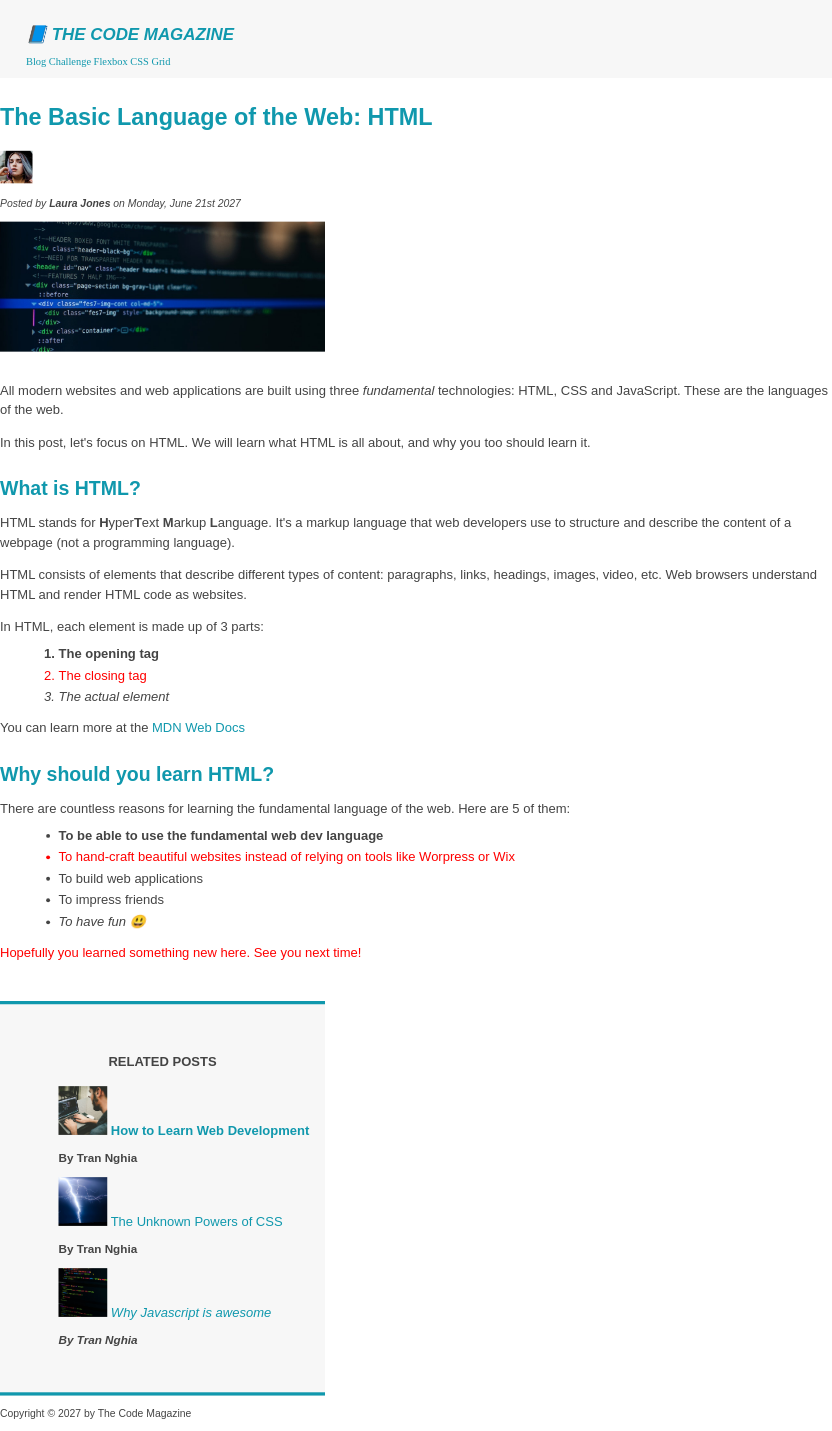
Repository: nghiakma/HTML-CSS-Fundamental
Page: HTML/index.html
The author's editor kept a copy of each file at every save. The page is drawn from the files as they stood at one save, then again after the next save.
The browser window is 1280 px wide. The pictures show the whole page, at 65% of full size.

Above is the page before, as saved 2023-08-20 21:21:52.

### HTML/index.html
<!DOCTYPE html>
<html lang="en">

<head>
  <meta charset="UTF-8">
  <meta name="viewport" content="width=device-width, initial-scale=1.0">
  <title>The Basic Language of the web: HTML</title>
  <link rel="stylesheet" href="/CSS/index.css">
</head>

<body>
  <header class="main-header">
    <h1>📘 The Code Magazine</h1>
    <nav>
      <a href="#">Blog</a>
      <a href="#">Challenge</a>
      <a href="#">Flexbox</a>
      <a href="#">CSS Grid</a>
    </nav>
  </header>

  <article>
    <header class="post-header">
      <h2>The Basic Language of the Web: HTML</h2>
      <img class="post-img" src="./laura-jones.jpg" alt="Headshot of Laura Jones" height="50" width="50">
      <p id="author">Posted by <strong>Laura Jones</strong> on Monday, June 21st 2027</p>
      <img src="./post-img.jpg" alt="HTML code on a screen" width="500" height="200">
    </header>
    <p>
      All modern websites and web applications are built using three <em>fundamental</em> technologies: HTML, CSS and
      JavaScript.
      These are the languages of the web.
    </p>
    <p>
      In this post, let's focus on HTML. We will learn what HTML is all about, and why you too should learn it.
    </p>
    <h3>What is HTML?</h3>
    <p>
      HTML stands for <strong>H</strong>yper<strong>T</strong>ext <strong>M</strong>arkup <strong>L</strong>anguage.
      It's
      a markup language that web developers use to structure and describe
      the content of a webpage (not a programming language).
    </p>
    <p>
      HTML consists of elements that describe different types of content: paragraphs, links, headings, images, video,
      etc.
      Web browsers understand HTML and render HTML code as websites.
    </p>
    <p>In HTML, each element is made up of 3 parts:</p>
    <ol>
      <li>The opening tag</li>
      <li>The closing tag</li>
      <li>The actual element</li>
    </ol>
    <p>You can learn more at the <a href="https://developer.mozilla.org/en-US/docs/Web/HTML" target="_blank">MDN Web
        Docs</a></p>
    <h3>Why should you learn HTML?</h3>
    <p>There are countless reasons for learning the fundamental language of the web. Here are 5 of them:</p>
    <ul>
      <li>To be able to use the fundamental web dev language</li>
      <li>To hand-craft beautiful websites instead of relying on tools like Worpress or Wix</li>
      <li>To build web applications</li>
      <li>To impress friends</li>
      <li>To have fun 😃</li>
    </ul>
    <p>Hopefully you learned something new here. See you next time!</p>
  </article>

  <!--Thuong duoc su dung de bo sung thong tin cho trang chinh
  Xác định nội dung nằm bên cạnh nội dung của trang-->
  <aside>
    <h4>Related posts</h4>

    <ul class="related">
      <li>
        <img src="./related-1.jpg" alt="Person programming" width="75" height="75">
        <a href="#">How to Learn Web Development</a>
        <p class="related-author">By Tran Nghia</p>
      </li>
      <li>
        <img src="./related-2.jpg" alt="Powers" width="75" height="75">
        <a href="#">The Unknown Powers of CSS</a>
        <p class="related-author">By Tran Nghia</p>
      </li>
      <li>
        <img src="./related-3.jpg" alt="Javascript" width="75" height="75">
        <a href="#">Why Javascript is awesome</a>
        <p class="related-author">By Tran Nghia</p>
      </li>
    </ul>
  </aside>

  <footer>
    <p id="copyright">Copyright &copy; 2027 by The Code Magazine</p>
  </footer>
</body>

</html>

### CSS/index.css
body {
  margin: 0;
  padding: 0;
}
h1,
h2,
h3,
h4,
p,
li {
  font-family: sans-serif;
  color: #444;
}
h1,
h2,
h3 {
  color: #1098ad;
}
h1 {
  font-size: 26px;
  text-transform: uppercase;
  font-style: italic;
}
h2 {
  font-size: 36px;
  margin-bottom: 30px;
}
h3 {
  font-size: 30px;
  margin-bottom: 20px;
  margin-top: 40px;
}
h4 {
  font-size: 20px;
  text-transform: uppercase;
  text-align: center;
}
p {
  font-size: 20px;
  line-height: 1.5;
  margin-bottom: 15px;
}
ul,
ol {
  margin-left: 50px;
}
li {
  font-size: 20px;
  margin-bottom: 10px;
}
li:last-child {
  margin-bottom: 0;
}
/* footer p {
  font-size: 16px;
} */
/* article header p {
  font-style: italic;
} */

#author {
  font-style: italic;
  font-size: 16px;
}
#copyright {
  font-size: 16px;
}
.related-author {
  font-size: 18px;
  font-weight: bold;
}
.related {
  list-style: none;
}
.main-header {
  background-color: #f7f7f7;
  /* padding: 20px;
  padding-left: 20px;
  padding-right: 40px; */
  padding: 20px 40px;
  margin-bottom: 40px;
  height: 80px;
}
article {
  margin-bottom: 60px;
}
.post-header {
  margin-bottom: 40px;
}
aside {
  background-color: #f7f7f7;
  border-top: 5px solid #1098ad;
  border-bottom: 5px solid #1098ad;
  padding: 50px 0;
  width: 500px;
}
li:first-child {
  font-weight: bold;
}
li:last-child {
  font-style: italic;
}
li:nth-child(2) {
  color: red;
}
article p:last-child {
  color: red;
}
a:link {
  color: #1098ad;
  text-decoration: none;
}
a:visited {
  color: #1098ad;
}
a:hover {
  color: orangered;
  font-weight: bold;
  text-decoration: underline orangered;
}
a:active {
  background-color: black;
  font-style: italic;
}

After the next save:
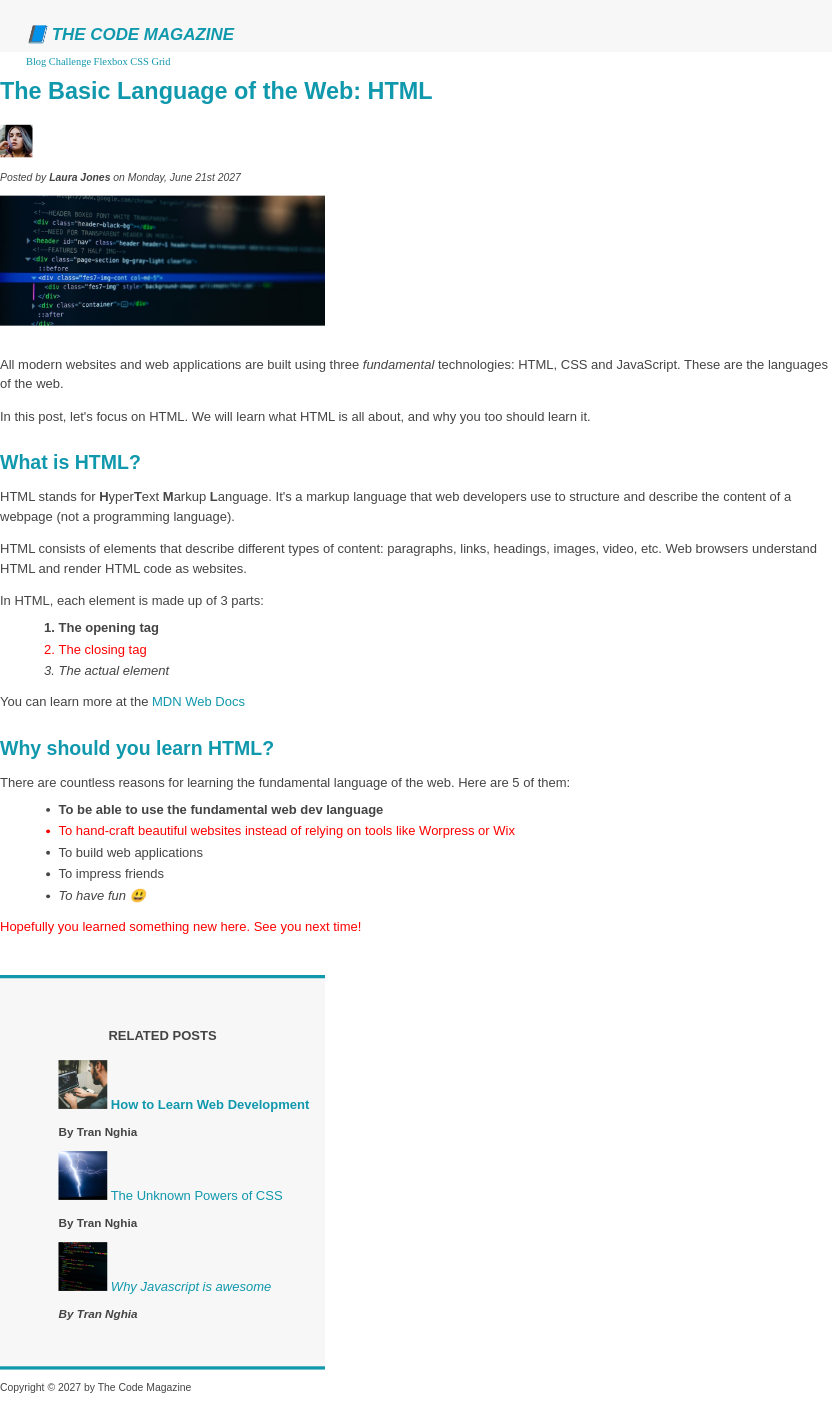
Saved 9 s later.
--- a/CSS/index.css
+++ b/CSS/index.css
@@ -1,3 +1,6 @@
+* {
+  box-sizing: border-box;
+}
 body {
   margin: 0;
   padding: 0;
